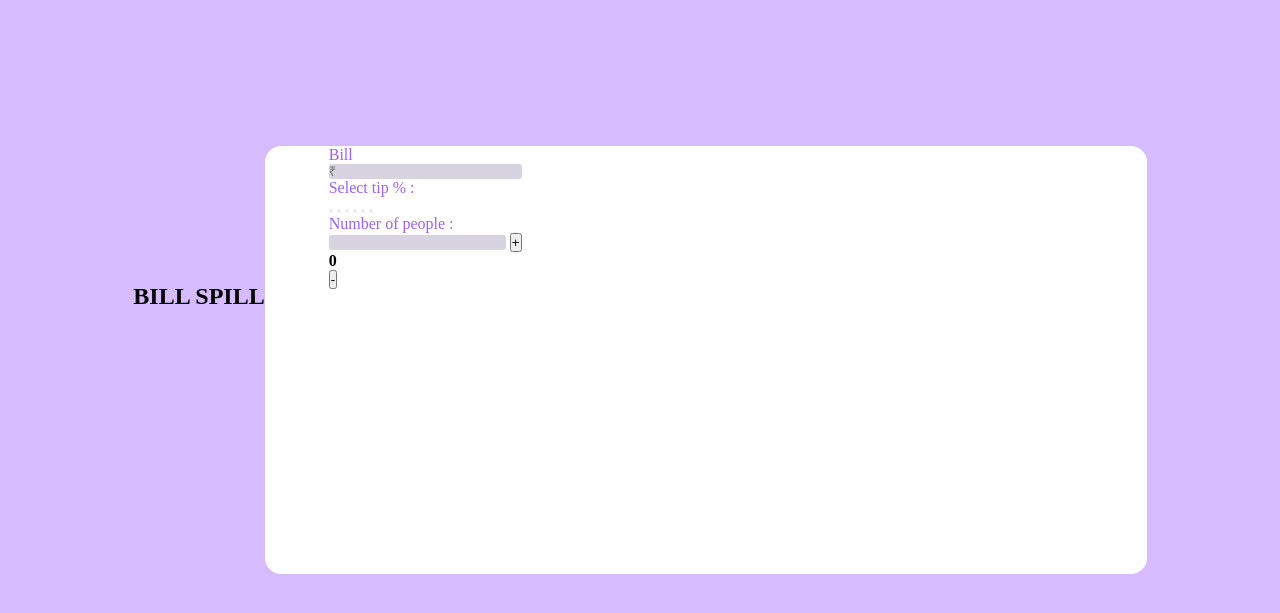
Repository: drumsmanku/micro-project-3
Page: index.html
The author's editor kept a copy of each file at every save. The page is drawn from the files as they stood at one save, then again after the next save.
The browser window is 1280 px wide. The pictures show the whole page.

Above is the page before, as saved 2023-04-17 14:03:27.

After the next save:
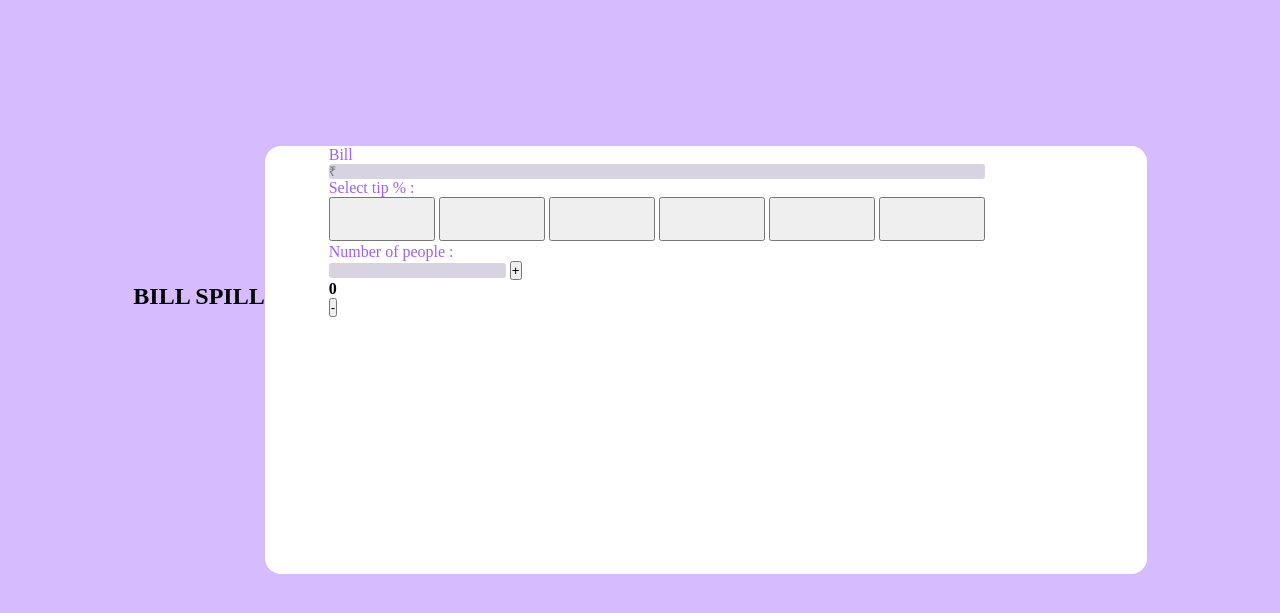
Saved 31 s later.
--- a/styles.css
+++ b/styles.css
@@ -37,6 +37,10 @@ main>h2{
   flex-direction: column;
 }
 
+.sizing{
+  width: 106px;
+  height: 44px;
+}
 input{
   border-radius: 0.2rem;
   border: none;
